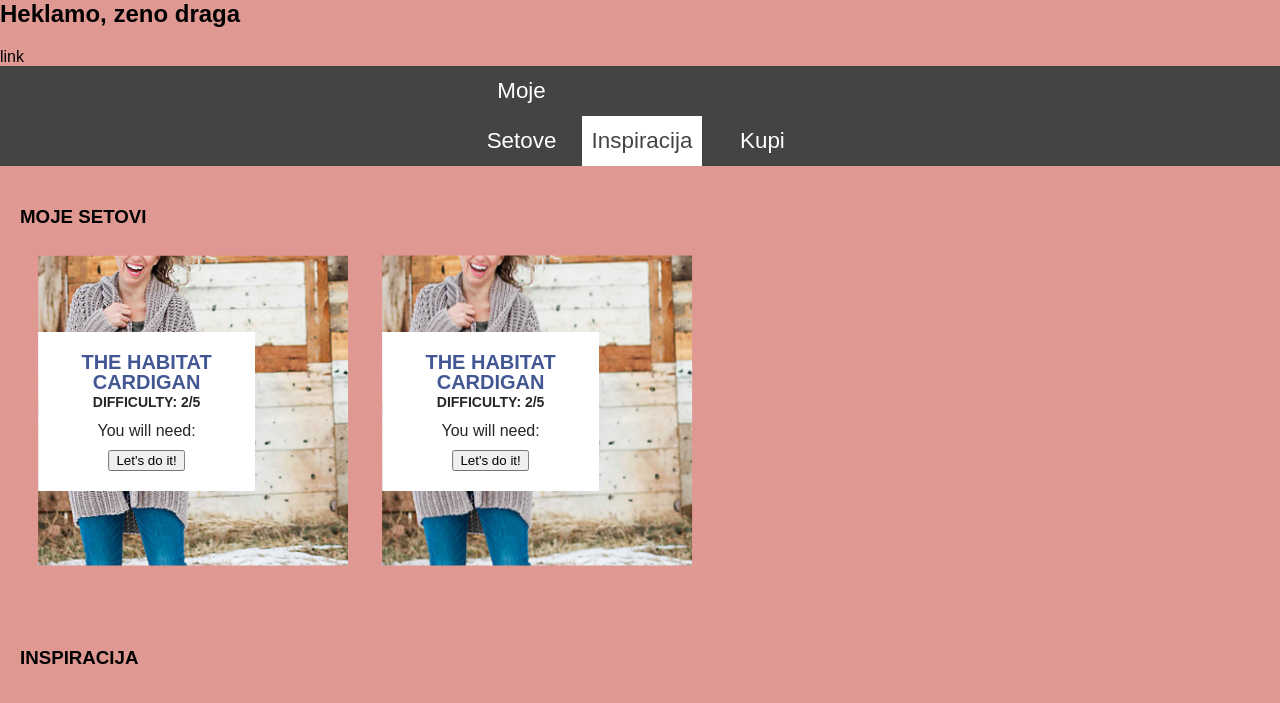
Repository: sdnc/Heklamo
Page: index.html
An editor plug-in stored every save of this project. The page is shown before and after the next save, followed by the edit.
The browser window is 1280 px wide. The pictures show the whole page.

Above is the page before, as saved 2020-12-24 14:48:32.
Console error: ReferenceError: $ is not defined

After the next save:
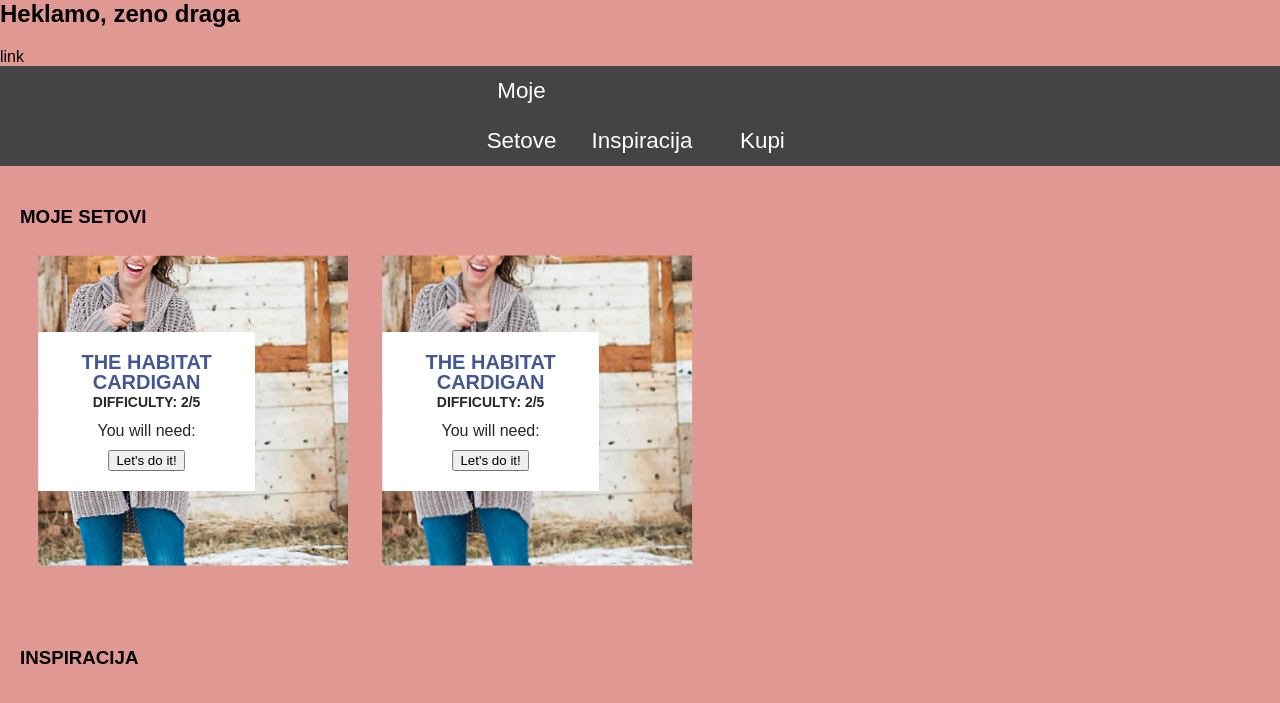
Saved 27 s later.
--- a/index.html
+++ b/index.html
@@ -20,7 +20,7 @@
   <section class="nav">
     <ul>
       <li class="setove"><a href="#">Moje Setove</a></li>
-      <li class="inspiracija"><a class="active" href="#">Inspiracija</a></li>
+      <li class="inspiracija"><a href="#">Inspiracija</a></li>
       <li class="kupi"><a href="#">Kupi</a></li>
     </ul>
   </section>
